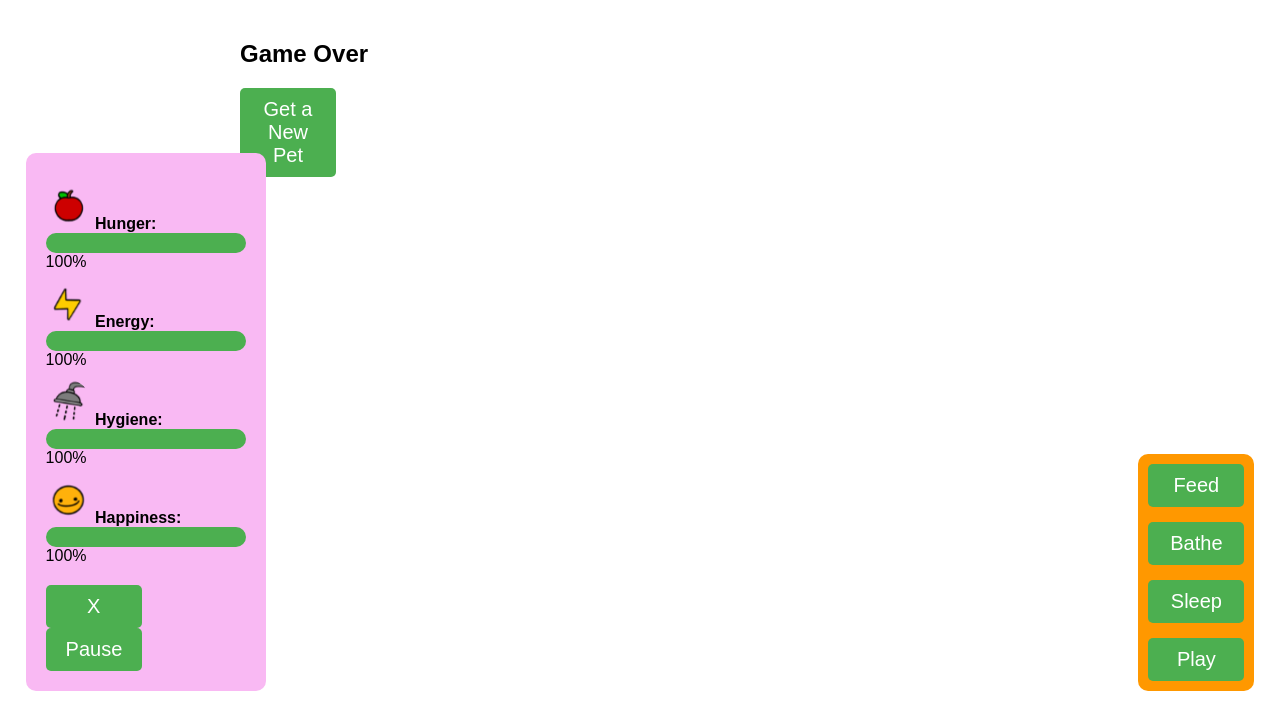
Repository: sarahjx/CapyCare
Page: html/index.html
The author's editor kept a copy of each file at every save. The page is drawn from the files as they stood at one save, then again after a run of saves.
The browser window is 1280 px wide. The pictures show the whole page.
Some web fonts or font styles are not loaded; a fallback is used.

Above is the page before, as saved 2025-04-30 17:58:24.

### html/index.html
<!-- @format -->

<!DOCTYPE html>
<html lang="en">
  <head>
    <meta charset="UTF-8" />
    <meta name="viewport" content="width=device-width, initial-scale=1.0" />
    <title>Virtual Pet Game</title>
    <link rel="preconnect" href="https://fonts.googleapis.com">
    <link rel="preconnect" href="https://fonts.gstatic.com" crossorigin>
    <link href="https://fonts.googleapis.com/css2?family=McLaren&display=swap" rel="stylesheet">
    <link rel="stylesheet" href="../css/statusbar.css" />
  </head>
  <body>
    <div class="status-bar-container">

      <div class="status-bar">
        <divi>
        <span class="hunger-icon"><img src="../images/hunger.svg" alt="hunger icon"></span>
        <span class="status-label">Hunger:</span>
        <div class="status-progress">
          <div id="hunger-bar" class="status-fill" style="width: 100%"></div>
        </div>
        <span id="hunger-value">100%</span>
        <div id="hunger-warning" class="warning"></div>
      </divi>

      <div class="status-bar">
        <span class="energy-icon"><img src="../images/energy.svg" alt="energy icon"></span>
        <span class="status-label">Energy:</span>
        <div class="status-progress">
          <div id="energy-bar" class="status-fill" style="width: 100%"></div>
        </div>
        <span id="energy-value">100%</span>
        <div id="energy-warning" class="warning"></div>
      </div>

      <div class="status-bar">
        <span class="hygiene-icon"><img src="../images/hygiene.svg" alt="hygiene icon"></span>
        <span class="status-label">Hygiene:</span>
        <div class="status-progress">
          <div id="hygiene-bar" class="status-fill" style="width: 100%"></div>
        </div>
        <span id="hygiene-value">100%</span>
        <div id="hygiene-warning" class="warning"></div>
      </div>

      <div class="status-bar">
        <span class="happiness-icon"><img src="../images/happiness.svg" alt="happiness icon"></span>
        <span class="status-label">Happiness:</span>
        <div class="status-progress">
          <div id="happiness-bar" class="status-fill" style="width: 100%"></div>
        </div>
        <span id="happiness-value">100%</span>
        <div id="happiness-warning" class="warning"></div>
      </div>
    </div>
    <button id="toggle-button">X</button>

      <div class="action-buttons">
        <button onclick="feedPet(currentPet)">Feed</button>
        <button onclick="bathePet(currentPet)">Bathe</button>
        <button onclick="bedtime(currentPet)">Sleep</button>
        <button onclick="touchPet(currentPet)">Play</button>
      </div>
      <button id="pauseButton" onclick="togglePause()" class="pause-button">
        Pause
      </button>
    </div>

    <div id="gameOverScreen" class="game-over-screen">
      <div class="game-over-content">
        <h2>Game Over</h2>
        <p id="gameOverMessage"></p>
        <button onclick="resetGame()">Get a New Pet</button>
      </div>
    </div>

    <script src="../backend/status.js"></script>
  </body>
</html>

### css/statusbar.css
:root {
  --primary-color: #F9D9D9;
  --secondary-color: #D9E7F9;
  --tertiary-color: #FFF1FB;
  --accent-color: #F7EFD7;
  --text-color: #333;
  --spacing-xs: 0.5rem;
  --spacing-sm: 0.75rem;
  --spacing-md: 1rem;
  --spacing-lg: 1.5rem;
  --spacing-xl: 2rem;
  --spacing-xxl: 3rem;
  --font-family: 'McLaren', sans-serif;
  --font-size-xs: 0.75rem;
  --font-size-sm: 0.875rem;
  --font-size-md: 1rem;
  --font-size-lg: 1.125rem;
  --font-size-xl: 1.25rem;
  --font-size-xxl: 1.5rem;
}

body {
  font-family: var(--font-family);
  font-weight: 10;
  max-width: 800px;
  margin: 0 auto;
  padding: 20px;
  background-color: #ffffff;
}

.status-bar-container {
  position: fixed;
  background-color: rgb(249, 185, 243);
  padding: 20px;
  border-radius: 10px;
  display: inline-flex;
  flex-direction: column;
  bottom: 4%;
  left: 2%;
}

.status-bar {
  margin: 10px 0;
}

.status-label {
  display: inline-block;
  width: 100px;
  font-weight: bold;
}

.status-progress {
  width: 200px;
  height: 20px;
  background-color: #eee;
  border-radius: 10px;
  overflow: hidden;
}

.status-fill {
  height: 100%;
  background-color: #4caf50;
  transition: width 0.3s ease;
}

.action-buttons {
  margin-top: 20px;
  display: inline-flex;
  flex-direction: column;
  padding: 10px;
  border-radius: 10px;
  gap: 15px;
  background-color: #ff9800;
  position: fixed;
  right: 2%;
  bottom: 4%;

}


button {
  padding: 10px 20px;
  border: none;
  border-radius: 5px;
  background-color: #4caf50;
  color: white;
  cursor: pointer;
  transition: background-color 0.3s;
  width: 6rem;
  font-family: var(--font-family);
  font-weight: 7pt;
  font-size: var(--font-size-xl);

}

button:hover {
  background-color: #45a049;
}

.warning {
  color: #ff9800;
  font-weight: bold;
  margin-top: 5px;
}

.critical {
  color: #f44336;
  font-weight: bold;
  margin-top: 5px;
}

### backend/status.js
/** @format */

function Personality(favFood, active, clean, clingy, foodLover, introText) {
  this.favFood = favFood;
  this.active = active;
  this.clean = clean;
  this.clingy = clingy;
  this.foodLover = foodLover;
  this.intro = introText;
}

const mix1 = new Personality(
  "Sunfruit",
  true,
  true,
  true,
  true,
  "This pet is energetic and playful, always ready to explore or play. They love the taste of Sunfruit and will happily eat it when offered, but they'll need constant attention, so expect lots of petting and cuddling. Despite their active nature, they stay clean and are easy to bathe. This pet loves affection and will return it in kind!"
);
const mix2 = new Personality(
  "Snakberry",
  true,
  true,
  false,
  true,
  "This pet is full of energy and loves to make the most of their days. They are particularly fond of Snakberries, which they will devour happily, but they tend to get hungry more often due to their high energy levels. Despite their active nature, they keep themselves clean and are easy to bathe. They're not overly clingy, so while they'll happily spend time with you, they won't be demanding affection constantly."
);
const mix3 = new Personality(
  "Dreamleaf",
  false,
  false,
  true,
  false,
  "This pet is laid-back and enjoys spending time with you, always seeking your company. They love Dreamleaf as a treat, but they're not particularly food-driven and don't get hungry as often. While they may get a little dirty from time to time, they tend to move around when you try to bathe them. Expect them to seek out your attention frequently, and be ready to shower them with love when they come to you for pets."
);

const personalities = [mix1, mix2, mix3];

// Global variable to store current pet
let currentPet = null;

// Store interval IDs globally
let hungerInterval = null;
let energyInterval = null;
let hygieneInterval = null;
let happinessInterval = null;

let isGameOver = false;

function getRandomPersonality() {
  const randomIndex = Math.floor(Math.random() * personalities.length);
  currentPet = personalities[randomIndex];
  console.log("New pet initialized:", currentPet.intro);
  return currentPet;
}

let hunger = 100;
let energy = 100;
let hygiene = 100;
let happiness = 100;

// Personality-based status decrease functions
function decreaseHunger() {
  if (!currentPet || isGameOver) return;

  // Food lovers get hungry faster
  const decreaseAmount = currentPet.foodLover ? 15 : 10;
  if (hunger <= 0) {
    hunger = 0;
    if (checkGameOver()) return;
  } else if (hunger > 0) {
    hunger -= decreaseAmount;
    if (checkGameOver()) return;
  }
  console.log("Hunger: " + hunger);
  warning();
}

function decreaseEnergy() {
  if (!currentPet || isGameOver) return;

  // Active pets lose energy faster
  const decreaseAmount = currentPet.active ? 15 : 10;
  if (energy <= 0) {
    energy = 0;
    if (checkGameOver()) return;
  } else if (energy > 0) {
    energy -= decreaseAmount;
    if (checkGameOver()) return;
  }
  console.log("Energy: " + energy);
  warning();
}

function decreaseHygiene() {
  if (!currentPet || isGameOver) return;

  // Clean pets lose hygiene slower
  const decreaseAmount = currentPet.clean ? 8 : 12;
  if (hygiene <= 0) {
    hygiene = 0;
    if (checkGameOver()) return;
  } else if (hygiene > 0) {
    hygiene -= decreaseAmount;
    if (checkGameOver()) return;
  }
  console.log("Hygiene: " + hygiene);
  warning();
}

function decreaseHappiness() {
  if (!currentPet || isGameOver) return;

  // Clingy pets lose happiness faster when not attended to
  const decreaseAmount = currentPet.clingy ? 15 : 10;
  if (happiness <= 0) {
    happiness = 0;
    if (checkGameOver()) return;
  } else if (happiness > 0) {
    happiness -= decreaseAmount;
    if (checkGameOver()) return;
  }
  console.log("Happiness: " + happiness);
  warning();
}

// Update intervals with personality-based timing
function updateIntervals() {
  // Clear any existing intervals
  if (hungerInterval) clearInterval(hungerInterval);
  if (energyInterval) clearInterval(energyInterval);
  if (hygieneInterval) clearInterval(hygieneInterval);
  if (happinessInterval) clearInterval(happinessInterval);

  // Set new intervals based on personality
  hungerInterval = setInterval(
    () => {
      decreaseHunger();
      warning();
    },
    currentPet.foodLover ? 6000 : 8000
  );

  energyInterval = setInterval(
    () => {
      decreaseEnergy();
      warning();
    },
    currentPet.active ? 8000 : 12000
  );

  hygieneInterval = setInterval(
    () => {
      decreaseHygiene();
      warning();
    },
    currentPet.clean ? 18000 : 15000
  );

  happinessInterval = setInterval(
    () => {
      decreaseHappiness();
      warning();
    },
    currentPet.clingy ? 8000 : 10000
  );

  console.log("Intervals updated for pet:", currentPet.intro);
}

// Pause game function
function pauseGame() {
  if (hungerInterval) clearInterval(hungerInterval);
  if (energyInterval) clearInterval(energyInterval);
  if (hygieneInterval) clearInterval(hygieneInterval);
  if (happinessInterval) clearInterval(happinessInterval);
  console.log("Game paused");
}

// Resume game function
function resumeGame() {
  updateIntervals();
  console.log("Game resumed");
}

// Initialize with a random pet and start intervals
currentPet = getRandomPersonality();
updateIntervals();

function touchPet(personality) {
  if (personality.clingy) {
    gainStatus("happiness");
    console.log("Your pet loves the attention!");
  } else {
    loseStatus("happiness");
    console.log("Your pet prefers their space.");
  }
}

function feedPet(personality) {
  gainStatus("hunger"); // Always increase hunger
  if (personality.foodLover) {
    gainStatus("happiness");
    console.log("Your pet loves the food!");
  } else {
    loseStatus("happiness");
    console.log("Your pet isn't very interested in food.");
  }
}

function bathePet(personality) {
  gainStatus("hygiene"); // Always increase hygiene
  if (personality.clean) {
    gainStatus("happiness");
    console.log("Your pet enjoys being clean!");
  } else {
    loseStatus("happiness");
    console.log("Your pet doesn't like baths.");
  }
}

function bedtime(personality) {
  gainStatus("energy"); // Always increase energy
  if (personality.active) {
    loseStatus("happiness");
    console.log("Your pet is too energetic to sleep!");
  } else {
    gainStatus("happiness");
    console.log("Your pet enjoys resting.");
  }
}

function gainStatus(category) {
  switch (category) {
    case "hunger":
      if (hunger >= 100) {
        console.log("Hunger is full!");
      } else if (hunger < 100) {
        hunger += 10;
        console.log("Hunger: " + hunger);
      }
      break;
    case "energy":
      if (energy >= 100) {
        console.log("Energy is full!");
      } else if (energy < 100) {
        energy += 10;
        console.log("Energy: " + energy);
      }
      break;
    case "hygiene":
      if (hygiene >= 100) {
        console.log("Hygiene is full!");
      } else if (hygiene < 100) {
        hygiene += 10;
        console.log("Hygiene: " + hygiene);
      }
      break;
    case "happiness":
      if (happiness >= 100) {
        console.log("Happiness is full!");
      } else if (happiness < 100) {
        happiness += 10;
        console.log("Happiness: " + happiness);
      }
      break;
    default:
      console.log("Invalid category");
  }
}

function loseStatus(category) {
  switch (category) {
    case "hunger":
      if (hunger <= 0) {
        console.log("Hunger is empty!");
        hunger = 0;
      } else if (hunger > 0) {
        hunger -= 10;
        console.log("Hunger: " + hunger);
      }
      break;
    case "energy":
      if (energy <= 0) {
        console.log("Energy is empty!");
        energy = 0;
      } else if (energy > 0) {
        energy -= 10;
        console.log("Energy: " + energy);
      }
      break;
    case "hygiene":
      if (hygiene <= 0) {
        console.log("Hygiene is empty!");
        hygiene = 0;
      } else if (hygiene > 0) {
        hygiene -= 10;
        console.log("Hygiene: " + hygiene);
      }
      break;
    case "happiness":
      if (happiness <= 0) {
        console.log("Happiness is empty!");
        happiness = 0;
      } else if (happiness > 0) {
        happiness -= 10;
        console.log("Happiness: " + happiness);
      }
      break;
    default:
      console.log("Invalid category");
  }
}

function warning() {
  // Hunger warnings
  if (hunger <= 50 && hunger > 20) {
    document.getElementById("hunger-warning").textContent =
      "Your pet is getting hungry!";
    document.getElementById("hunger-warning").className = "warning";
  } else if (hunger <= 20 && hunger > 0) {
    document.getElementById("hunger-warning").textContent =
      "Your pet is starving!";
    document.getElementById("hunger-warning").className = "critical";
  } else {
    document.getElementById("hunger-warning").textContent = "";
  }

  // Energy warnings
  if (energy <= 50 && energy > 20) {
    document.getElementById("energy-warning").textContent =
      "Your pet is getting tired!";
    document.getElementById("energy-warning").className = "warning";
  } else if (energy <= 20 && energy > 0) {
    document.getElementById("energy-warning").textContent =
      "Your pet is exhausted!";
    document.getElementById("energy-warning").className = "critical";
  } else {
    document.getElementById("energy-warning").textContent = "";
  }

  // Hygiene warnings
  if (hygiene <= 50 && hygiene > 20) {
    document.getElementById("hygiene-warning").textContent =
      "Your pet needs a bath!";
    document.getElementById("hygiene-warning").className = "warning";
  } else if (hygiene <= 20 && hygiene > 0) {
    document.getElementById("hygiene-warning").textContent =
      "Your pet is filthy!";
    document.getElementById("hygiene-warning").className = "critical";
  } else {
    document.getElementById("hygiene-warning").textContent = "";
  }

  // Happiness warnings
  if (happiness <= 50 && happiness > 20) {
    document.getElementById("happiness-warning").textContent =
      "Your pet is getting sad!";
    document.getElementById("happiness-warning").className = "warning";
  } else if (happiness <= 20 && happiness > 0) {
    document.getElementById("happiness-warning").textContent =
      "Your pet is depressed!";
    document.getElementById("happiness-warning").className = "critical";
  } else {
    document.getElementById("happiness-warning").textContent = "";
  }
}

function checkGameOver() {
  if (hunger <= 0 || energy <= 0 || hygiene <= 0 || happiness <= 0) {
    isGameOver = true;
    pauseGame();
    showGameOver();
    return true;
  }
  return false;
}

function showGameOver() {
  let reason = "";
  if (hunger <= 0) reason = "Your pet starved to death!";
  else if (energy <= 0) reason = "Your pet died from exhaustion!";
  else if (hygiene <= 0) reason = "Your pet died from poor hygiene!";
  else if (happiness <= 0) reason = "Your pet died from sadness!";

  console.log("GAME OVER: " + reason);
  document.getElementById("gameOverMessage").textContent = reason;
  document.getElementById("gameOverScreen").style.display = "flex";
}

function resetGame() {
  isGameOver = false;
  hunger = 70;
  energy = 70;
  hygiene = 70;
  happiness = 70;
  document.getElementById("gameOverScreen").style.display = "none";
  currentPet = getRandomPersonality();
  updateStatusBars();
  updateIntervals();
}

let isPaused = false;

      function togglePause() {
        isPaused = !isPaused;
        const pauseButton = document.getElementById("pauseButton");
        const buttons = document.querySelectorAll(
          ".buttons button:not(#pauseButton)"
        );

        if (isPaused) {
          pauseButton.textContent = "Resume";
          pauseButton.classList.add("paused");
          buttons.forEach((button) => (button.disabled = true));
          pauseGame();
        } else {
          pauseButton.textContent = "Pause";
          pauseButton.classList.remove("paused");
          buttons.forEach((button) => (button.disabled = false));
          resumeGame();
        }
      }

      // Update status bars
      function updateStatusBars() {
        document.getElementById("hunger-bar").style.width = hunger + "%";
        document.getElementById("energy-bar").style.width = energy + "%";
        document.getElementById("hygiene-bar").style.width = hygiene + "%";
        document.getElementById("happiness-bar").style.width = happiness + "%";

        document.getElementById("hunger-value").textContent = hunger + "%";
        document.getElementById("energy-value").textContent = energy + "%";
        document.getElementById("hygiene-value").textContent = hygiene + "%";
        document.getElementById("happiness-value").textContent =
          happiness + "%";
      }

      // Override console.log to update UI
      const originalConsoleLog = console.log;
      console.log = function () {
        originalConsoleLog.apply(console, arguments);
        updateStatusBars();
      };

      // Initial update
      updateStatusBars();

After the next 5 saves:
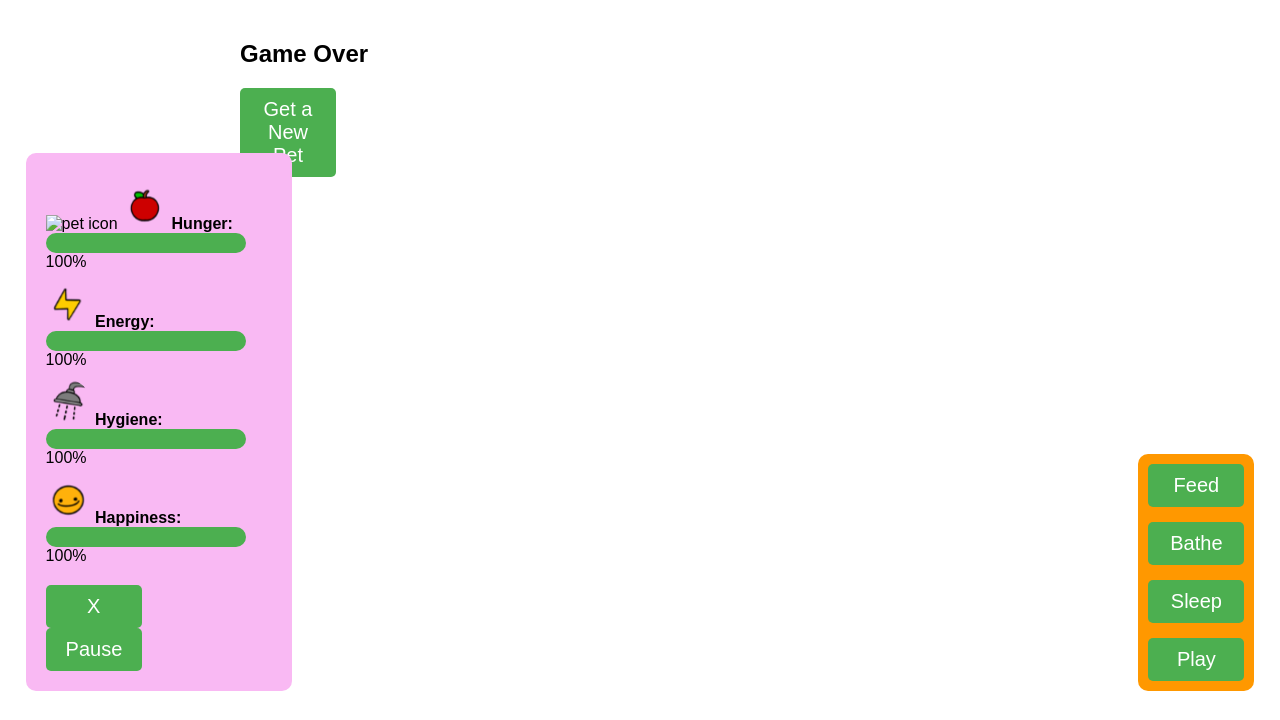
Not found: images/pet.png
The 5 saves are shown as one change because they came seconds apart.
The last was saved 15 s later.
--- a/html/index.html
+++ b/html/index.html
@@ -15,7 +15,8 @@
     <div class="status-bar-container">
 
       <div class="status-bar">
-        <divi>
+        <div class="status-icon-container">
+          <img id="pet-icon" src="../images/pet.png" alt="pet icon" />
         <span class="hunger-icon"><img src="../images/hunger.svg" alt="hunger icon"></span>
         <span class="status-label">Hunger:</span>
         <div class="status-progress">
@@ -23,7 +24,7 @@
         </div>
         <span id="hunger-value">100%</span>
         <div id="hunger-warning" class="warning"></div>
-      </divi>
+      </div>
 
       <div class="status-bar">
         <span class="energy-icon"><img src="../images/energy.svg" alt="energy icon"></span>

After the 5 saves that followed:
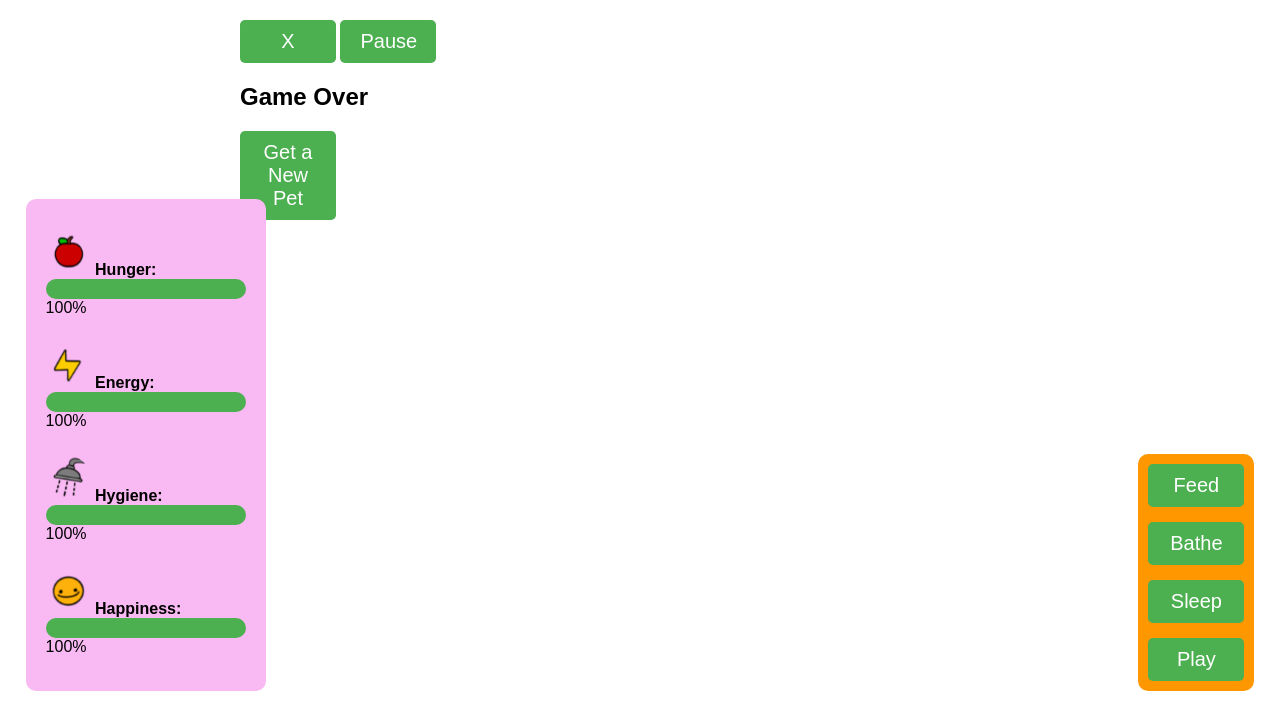
The 5 saves are shown as one change because they came seconds apart.
The last was saved 14 s later.
--- a/html/index.html
+++ b/html/index.html
@@ -16,9 +16,9 @@
 
       <div class="status-bar">
         <div class="status-icon-container">
-          <img id="pet-icon" src="../images/pet.png" alt="pet icon" />
         <span class="hunger-icon"><img src="../images/hunger.svg" alt="hunger icon"></span>
         <span class="status-label">Hunger:</span>
+        </div>
         <div class="status-progress">
           <div id="hunger-bar" class="status-fill" style="width: 100%"></div>
         </div>
@@ -55,7 +55,7 @@
         <span id="happiness-value">100%</span>
         <div id="happiness-warning" class="warning"></div>
       </div>
-    </div>
+    </div id="menu-wraper">
     <button id="toggle-button">X</button>
 
       <div class="action-buttons">
